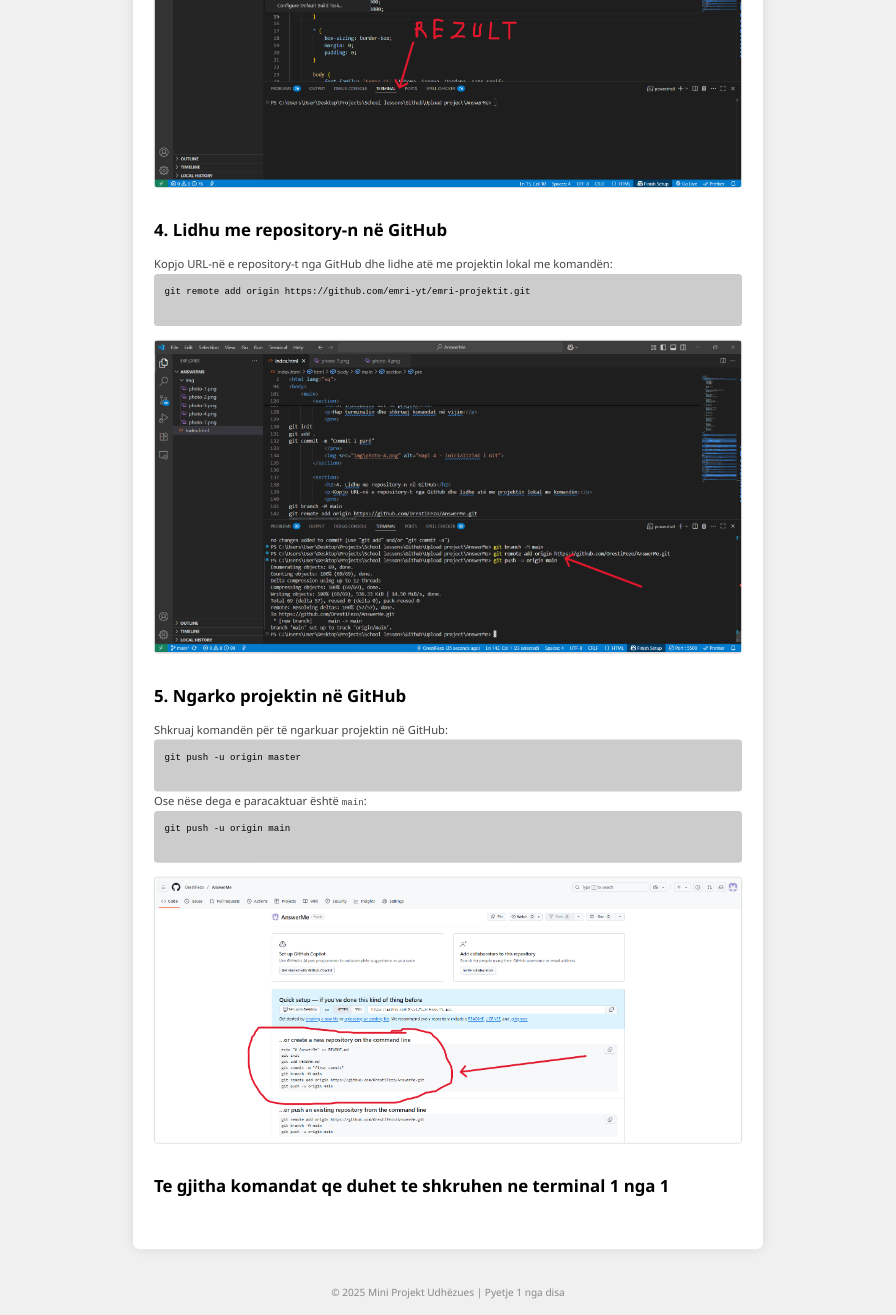
Repository: OrestiFezo/AnswerMe
Page: Index.html
These files come from the project's save history. The page is drawn as it stood at one moment and after a run of saves; the edit follows.
The browser window is 1280 px wide. The pictures show the part of the page from y = 2961 to 4881 px (the page is 4840 px tall before and 4881 px after), at 70% of full size.

Above is the page before, as saved 2025-07-13 19:54:43.

### Index.html
<!DOCTYPE html>
<html lang="sq">
<head>
    <meta charset="UTF-8">
    <meta name="viewport" content="width=device-width, initial-scale=1.0">
    <title>Ngarko Projektin në GitHub</title>
    <style>
        :root {
            --white: #ffffff;
            --light-gray: #f0f0f0;
            --gray: #cccccc;
            --dark-gray: #444444;
            --black: #000000;
            --accent: #888888;
        }

        * {
            box-sizing: border-box;
            margin: 0;
            padding: 0;
        }

        body {
            font-family: 'Segoe UI', Tahoma, Geneva, Verdana, sans-serif;
            background-color: var(--light-gray);
            color: var(--dark-gray);
            line-height: 1.7;
        }

        header {
            background-color: var(--black);
            color: var(--white);
            padding: 30px 20px;
            text-align: center;
            border-bottom: 5px solid var(--gray);
        }

        main {
            max-width: 900px;
            margin: 30px auto;
            padding: 30px;
            background-color: var(--white);
            box-shadow: 0 0 15px rgba(0, 0, 0, 0.1);
            border-radius: 10px;
        }

        h2 {
            color: var(--black);
            margin-bottom: 15px;
        }

        ul {
            background-color: var(--light-gray);
            padding: 15px 25px;
            margin-bottom: 30px;
            border-left: 5px solid var(--gray);
            border-radius: 5px;
        }

        ul li {
            margin-bottom: 10px;
            color: var(--dark-gray);
        }

        section {
            margin-bottom: 40px;
        }

        pre {
            background-color: var(--gray);
            color: var(--black);
            padding: 15px;
            border-radius: 5px;
            font-family: monospace;
            overflow-x: auto;
        }

        img {
            display: block;
            margin: 20px auto;
            max-width: 100%;
            border-radius: 5px;
            border: 1px solid var(--gray);
        }

        footer {
            text-align: center;
            padding: 20px;
            font-size: 0.9rem;
            color: var(--accent);
        }
    </style>
</head>
<body>

    <header>
        <h1>Pyetja 1</h1>
        <p>Si të ngarkosh një projekt në GitHub nga Visual Studio Code</p>
    </header>

    <main>
        <section>
            <h2>Hapat Kryesorë</h2>
            <ul>
                <li>1. Krijo një repository të ri në GitHub (publik)</li>
                <li>2. Hap projektin në Visual Studio Code</li>
                <li>3. Inicializo Git në projektin tënd</li>
                <li>4. Lidhu me repository-n në GitHub</li>
                <li>5. Bëj push për të ngarkuar projektin</li>
            </ul>
        </section>

        <section>
            <h2>1. Krijo një repository të ri në GitHub</h2>
            <p>Shko te <strong>https://github.com</strong>, kyçu në llogarinë tënde dhe kliko në butonin <em>"New repository"</em>. Jep emrin e projektit, përshkrimin dhe zgjidh opsionin "Public". Mos zgjedh krijimin e README nëse ke tashmë projektin në kompjuter.</p>
            <img src="img\photo-1.png" alt="Hapi 1 - Krijimi i repository në GitHub">
            <img src="img\photo-2.png" alt="Hapi 2 - Krijimi i repository në GitHub">
        </section>

        <section>
            <h2>2. Hap projektin në Visual Studio Code</h2>
            <p>Hap Visual Studio Code dhe nga menyja zgjidh <em>File > Open Folder</em> dhe zgjidh dosjen e projektit tënd që do të ngarkosh në GitHub.</p>
            <img src="img\photo-3.png" alt="Hapi 3 - Hapja e projektit në VS Code">
        </section>

        <section>
            <h2>3. Inicializo Git në projekt</h2>
            <p>Hap terminalin dhe shkruaj komandat në vijim:</p>
            <pre>
git init
git add .
git commit -m "Commit i parë"
            </pre>
            <img src="img\photo-4.png" alt="Hapi 4 - Inicializimi i Git">
        </section>

        <section>
            <h2>4. Lidhu me repository-n në GitHub</h2>
            <p>Kopjo URL-në e repository-t nga GitHub dhe lidhe atë me projektin lokal me komandën:</p>
            <pre>
git remote add origin https://github.com/emri-yt/emri-projektit.git
            </pre>
            <img src="img\photo-5.png" alt="Hapi 5 - Lidhja me GitHub">
        </section>

        <section>
            <h2>5. Ngarko projektin në GitHub</h2>
            <p>Shkruaj komandën për të ngarkuar projektin në GitHub:</p>
            <pre>
git push -u origin master
            </pre>
            <p>Ose nëse dega e paracaktuar është <code>main</code>:</p>
            <pre>
git push -u origin main
            </pre>
            <img src="img\photo-6.png" alt="Hapi 6 - Ngarkimi në GitHub">
        </section>

        <section>
            <h2>Te gjitha komandat qe duhet te shkruhen ne terminal 1 nga 1 </h2>
        </section>
    </main>

    <footer>
        © 2025 Mini Projekt Udhëzues | Pyetje 1 nga disa
    </footer>

</body>
</html>

After the next 2 saves:
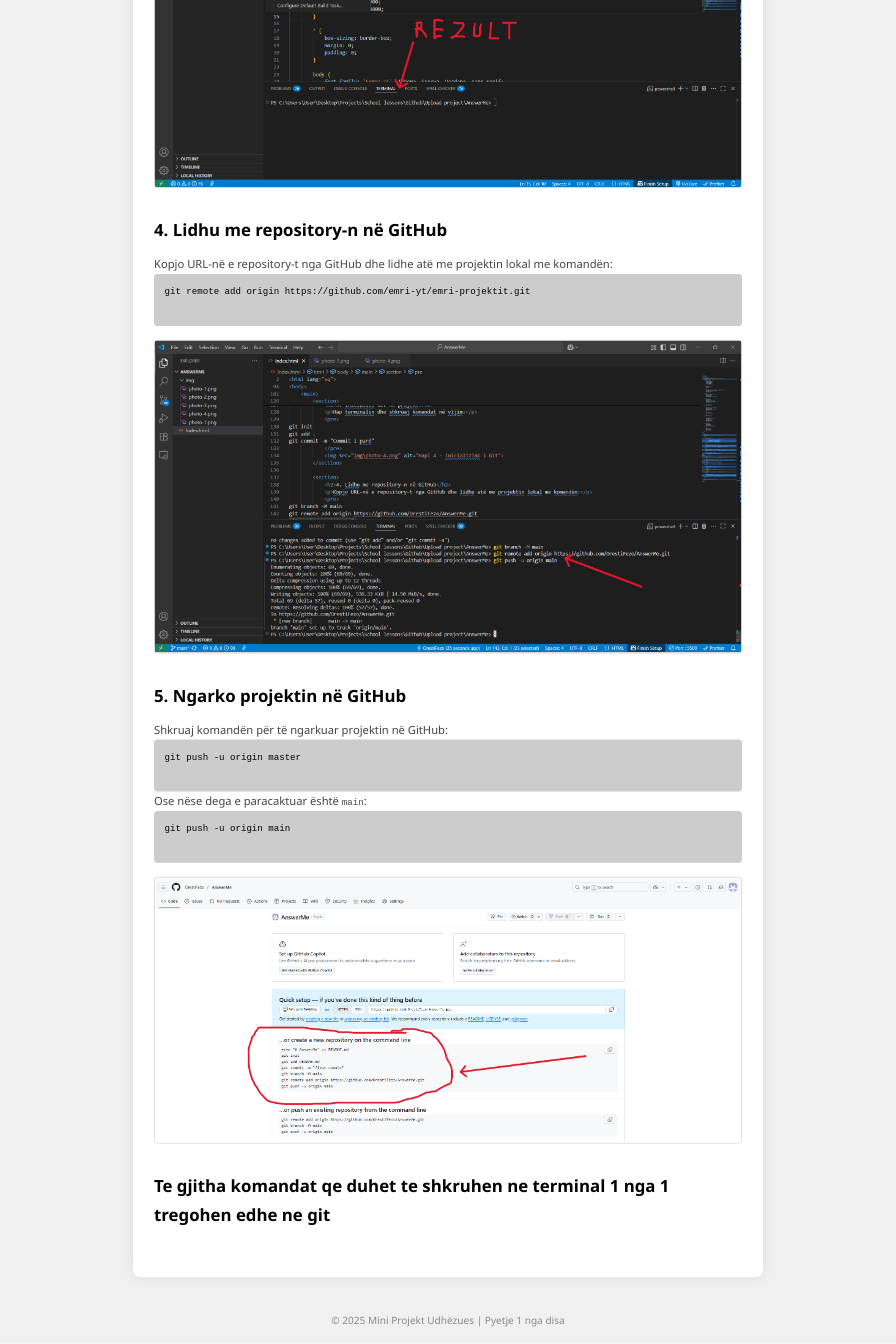
The 2 saves are shown as one change because they came seconds apart.
The last was saved 8 s later.
--- a/Index.html
+++ b/Index.html
@@ -157,7 +157,7 @@
         </section>
 
         <section>
-            <h2>Te gjitha komandat qe duhet te shkruhen ne terminal 1 nga 1 </h2>
+            <h2>Te gjitha komandat qe duhet te shkruhen ne terminal 1 nga 1 tregohen edhe ne git</h2>
         </section>
     </main>
 
